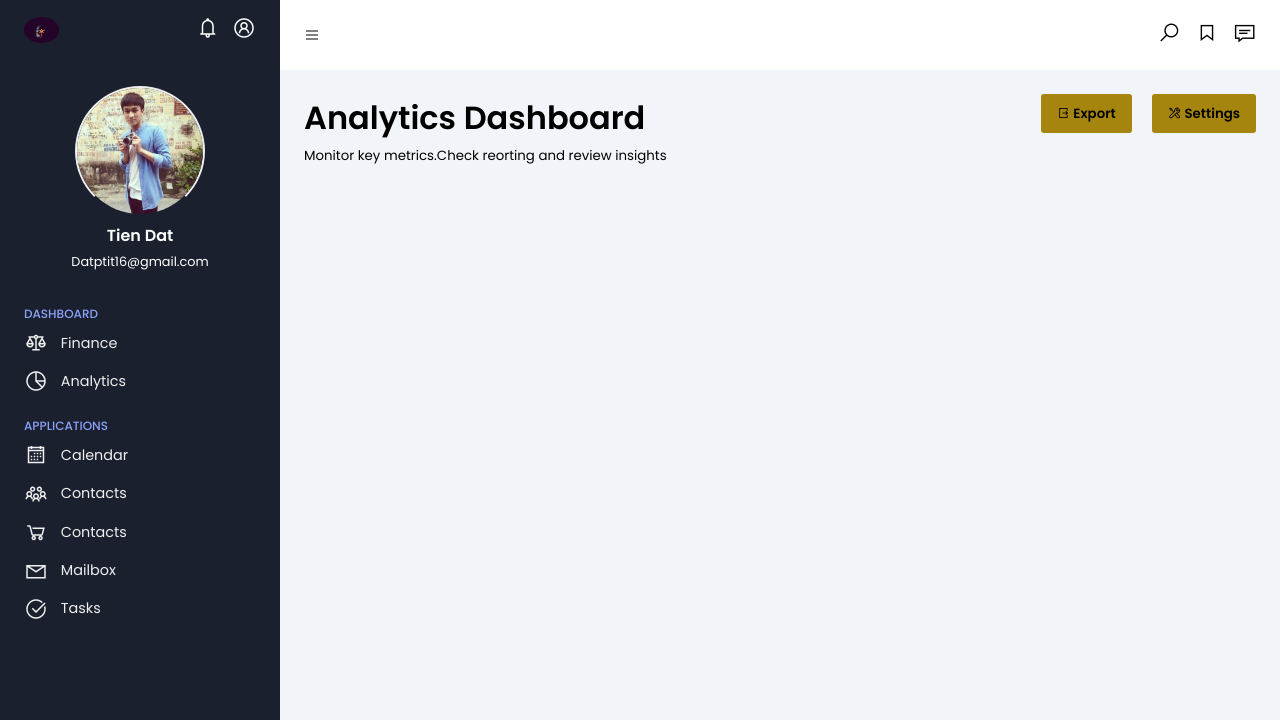
Repository: Datt21/dashboard-fe-project
Page: index.html
These files come from the project's save history. The page is drawn as it stood at one moment and after the next save; the edit follows.
The browser window is 1280 px wide. The pictures show the whole page.

Above is the page before, as saved 2021-06-08 15:07:10.

### index.html
<!DOCTYPE html>
<html lang="en">
<head>
    <meta charset="UTF-8">
    <meta http-equiv="X-UA-Compatible" content="IE=edge">
    <meta name="viewport" content="width=device-width, initial-scale=1.0 maxium-scale=1.0">

    <!-- =============== UNICONS =================== -->
    <link rel="stylesheet" href="https://maxst.icons8.com/vue-static/landings/line-awesome/line-awesome/1.3.0/css/line-awesome.min.css">
    <!-- =============== GOOGLE FONT =============== -->

    <!-- =============== CSS ================== -->
    <link rel="stylesheet" href="./assets/css/style.css">

    <title>Tien Dat Admin Dashboard</title>

</head>
<body>
    <!-- ========== SIDEBAR======== -->
    <div class="sidebar">
    <!-- brand -->
         <div class="sidebar__brand">
             <div class="brand__flex">
                 <img src="./img/loGO1.jpg" width="35px" alt="">

                 <div class="brand__icons">
                     <span class="las la-bell"></span>
                     <span class="las la-user-circle"></span>
                 </div>
             </div>
         </div>
    <!-- main -->
         <div class="sidebar__main">
             <div class="sidebar__user">
                 <img src="./img/119942988_206292647508421_8132941228799644311_n.jpg" alt="">
                 <div>
                     <h3> Tien Dat</h3>
                     <span> Datptit16@gmail.com</span>
                 </div>
             </div>
             <div class="sidebar__menu">
                 <div class="menu-head">
                     <span> Dashboard</span>
                 </div>
                 <ul>
                     <li>
                         <a href="">
                         <span class="las la-balance-scale"></span>
                        Finance
                        </a>
                    </li>
                     <li>
                         <a href=""><span class="las la-chart-pie"></span>
                        Analytics
                         </a>
                    </li>
                 </ul>

                 <div class="menu-head">
                    <span> Applications</span>
                </div>
                <ul>
                    <li>
                        <a href="">
                        <span class="las la-calendar"></span>
                       Calendar
                       </a>
                   </li>
                    <li>
                        <a href=""><span class="las la-users"></span>
                       Contacts
                        </a>
                   </li>
                    <li>
                        <a href=""><span class="las la-shopping-cart"></span>
                       Contacts
                        </a>
                   </li>
                    <li>
                        <a href=""><span class="las la-envelope"></span>
                       Mailbox
                        </a>
                   </li>
                    <li>
                        <a href=""><span class="las la-check-circle"></span>
                       Tasks
                        </a>
                   </li>
                </ul>
             </div>
         </div>
    </div>

    <!-- ================== MAIN CONTENT===================== -->
    <div class="main__content">
        <header>
            <div class="menu__toggle">
                <lable for="">
                    <span class="las la-bars"></span>
                </lable>
            </div>

            <div class="hearder__icons">
                <span class="las la-search"></span>
                <span class="las la-bookmark"></span>
                <span class="las la-sms"></span>
            </div>
        </header>

        <main>
            <div class="page__header">
                <div>
                    <h1>Analytics Dashboard</h1>
                    <small>Monitor key metrics.Check reorting and review insights</small>
                </div>

                <div class="header__actions">
                    <button>
                        <span class="las la-file-export"></span>
                        Export
                    </button>
                    <button>
                        <span class="las la-tools"></span>
                        Settings
                    </button>
                </div>
            </div>
        </main>
    </div>
</body>
</html>

### assets/css/style.css
@import url('https://fonts.googleapis.com/css2?family=Poppins:wght@300;400;500;600&display=swap');

:root{
    --color-main: #1a202e;
}

*{
    font-family: 'Poppins', sans-serif ;
    box-sizing: border-box;
    text-decoration: none;
    list-style-type: none;
    margin: 0;
    padding: 0;
}

.sidebar{
    width: 280px;
    position: fixed;
    left: 0;
    top: 0;
    height: 100%;
    padding: 1rem 1.5rem;
    background: var(--color-main);
    color: #fff;
}

.sidebar__brand{
    height: 70px;
}

.brand__flex{
    display: flex;
    justify-content: space-between;
    align-items: center;
}

.brand__flex img{
    border-radius: 50%;
}

.brand__icons span{
    font-size: 1.5rem;
    margin-left: 0.5rem;
}

.sidebar__user{
    margin: 0rem 0rem 1rem 0rem;
    text-align: center;
}

.sidebar__user img{
    width: 130px;
    height: 130px;
    border-radius: 50%;
    border: 2px solid #efefef;
    border-top: 2px solid #efefef;
    border-left: 2px solid #efefef;
    border-right: 2px solid #efefef;
    border-bottom: 2px solid transparent;
}

.sidebar__user h3{
    font-size: 1rem;
}

.sidebar__user span{
    font-size: .8rem;
}

.sidebar__menu {
    margin-top: 2rem;
}

.menu-head {
    text-transform: uppercase;
    color: #8da2fb;
    font-size: .75rem;
    font-weight: 500;
    margin-bottom: 0.5rem;
}

.sidebar__menu ul{
    margin-bottom: 1.5rem;
}

.sidebar__menu li{
    margin-bottom: 0.9rem;

}

.sidebar__menu li a{
    color: #efefef;
    font-size: .9rem;
    display: flex;
    align-items: center;
}

.sidebar__menu li a span{
    font-size: 1.5rem;
    display: inline-block;
    margin-right: 0.8rem;
}



header{
    height: 70px;
    display: flex;
    justify-content: space-between;
    align-items: center;
    padding: 1rem 1.5rem;
}

.menu__toggle label{
    height: 60px;
    width: 60px;
    display: grid;
    place-items: center;
    font-size: 1.5rem;
    border-radius: 50%;
}

.hearder__icons span{
    display: inline-block;
    margin-left: .7rem;
    font-size: 1.4rem;
}

.menu__toggle label:hover {
    background: #efefef;
}

.main__content{
    margin-left: 280px;
}

main {
    padding: 1.5rem;
    background: #f1f5f9;
    min-height: calc(100vh - 70px);
}

.page__header {
    display: flex;
    justify-content: space-between;
}

.header__actions button {
    outline: none;
    background: #a5850e;
    border: none;
    padding: .6rem 1rem;
    margin-left: 1rem;
    border-radius: 3px;
    font-weight: 600;
}

After the next save:
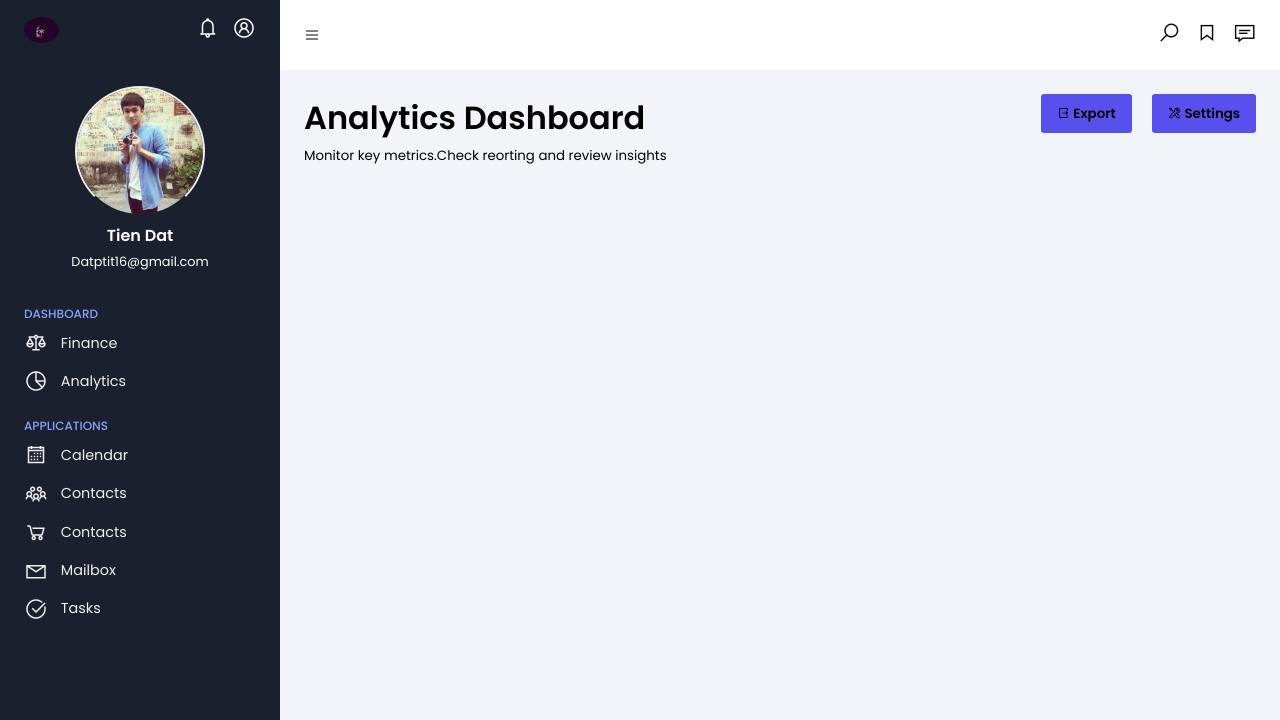
Saved 44 s later.
--- a/assets/css/style.css
+++ b/assets/css/style.css
@@ -147,7 +147,7 @@ main {
 
 .header__actions button {
     outline: none;
-    background: #a5850e;
+    background: #5850ec;
     border: none;
     padding: .6rem 1rem;
     margin-left: 1rem;
